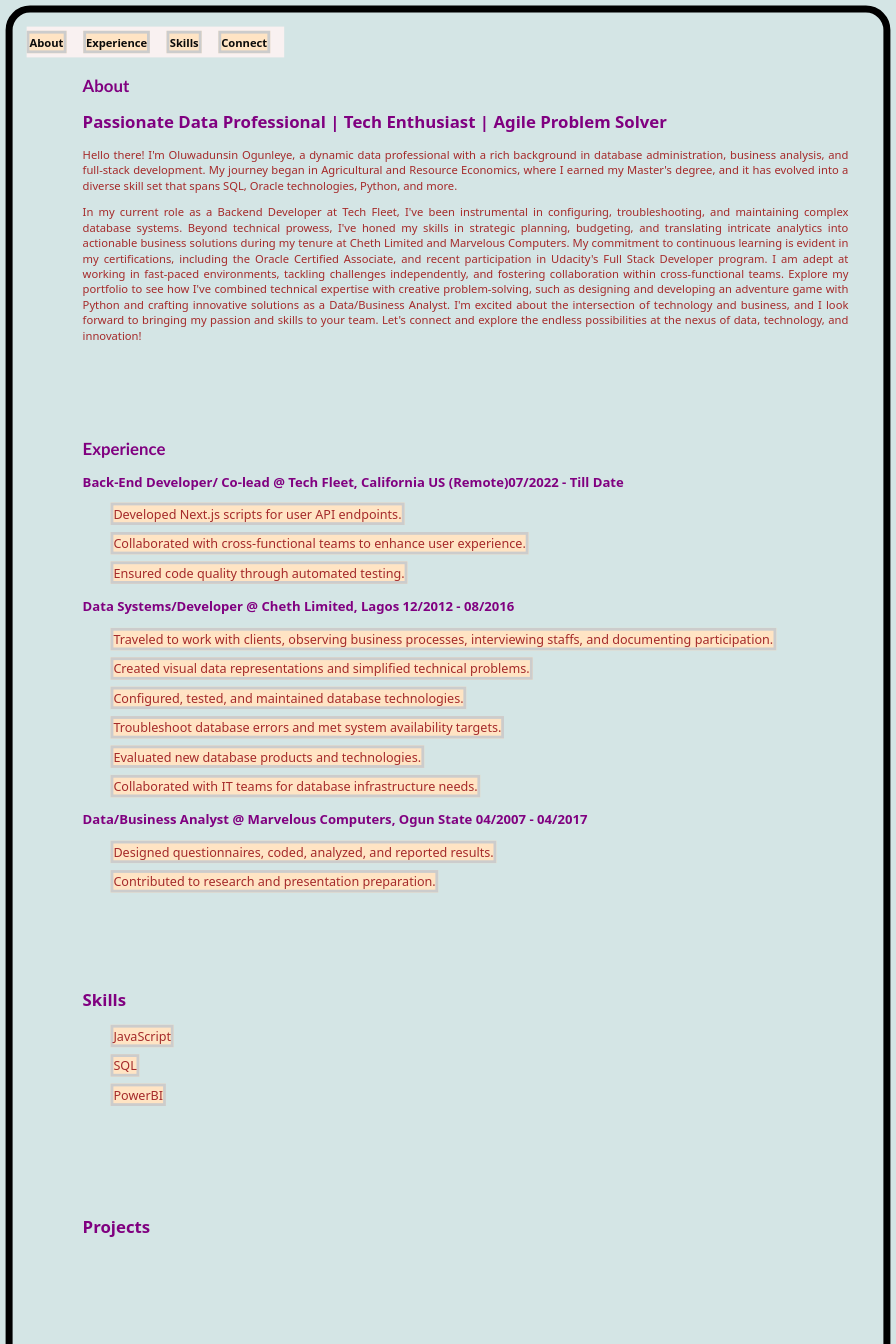
Repository: aloroduns/intro-to-programming-2023
Page: index.html
These files come from the project's save history. The page is drawn as it stood at one moment and after a run of saves; the edit follows.
The browser window is 1280 px wide. The pictures show the part of the page from y = 0 to 1920 px (the page is 2710 px tall before and 2732 px after), at 70% of full size.
The page's requests for data from a server got no answer.

Above is the page before, as saved 2024-01-23 13:27:17.

After the next 11 saves:
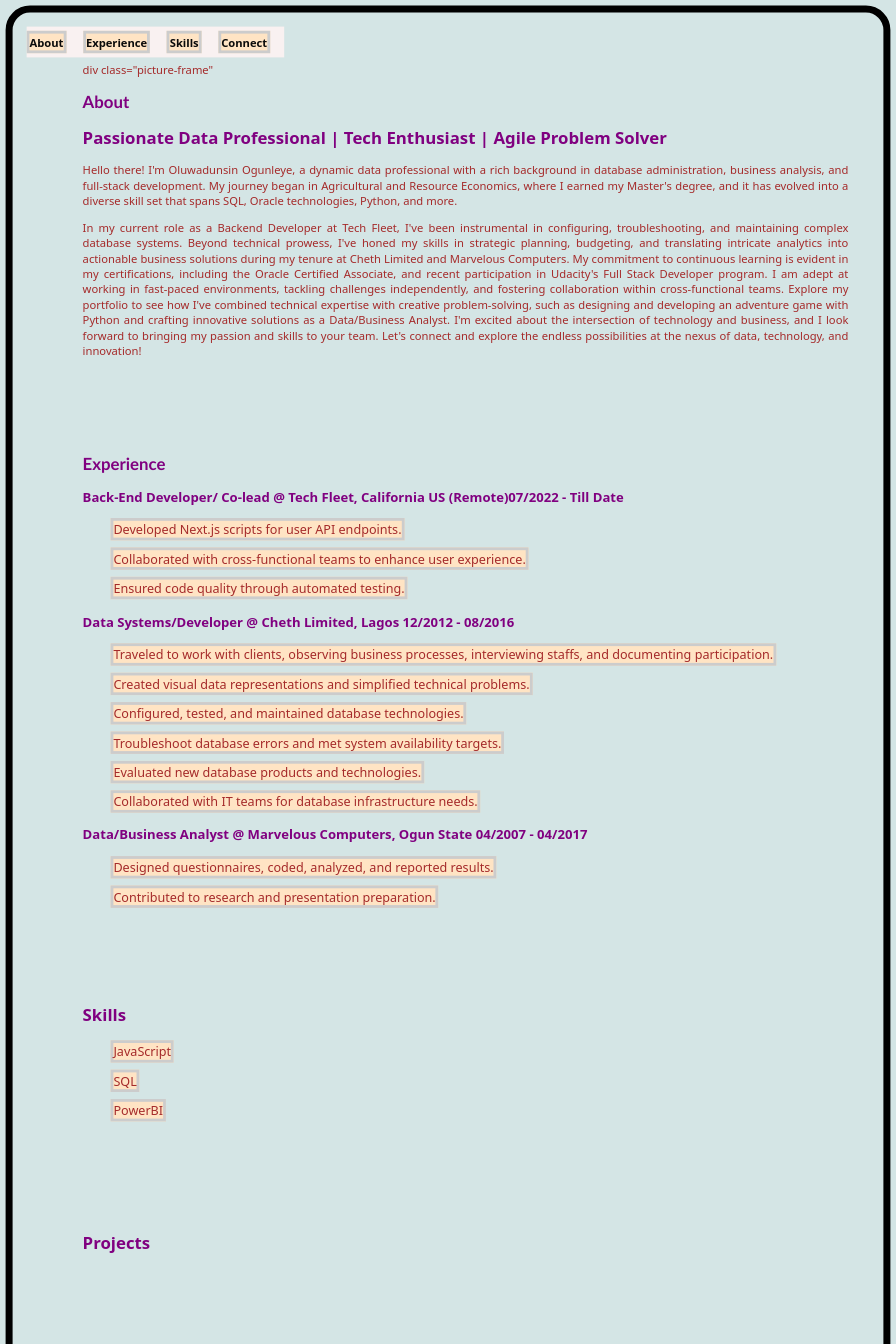
The 11 saves are shown as one change because they came seconds apart.
The last was saved 23 s later.
--- a/index.html
+++ b/index.html
@@ -21,7 +21,7 @@
             </nav>
         </header>
         <section id="about">
-
+        div class="picture-frame"
         <h1>About</h1>
         <p class="text">
         <h2>Passionate Data Professional | Tech Enthusiast | Agile Problem Solver</h2>
